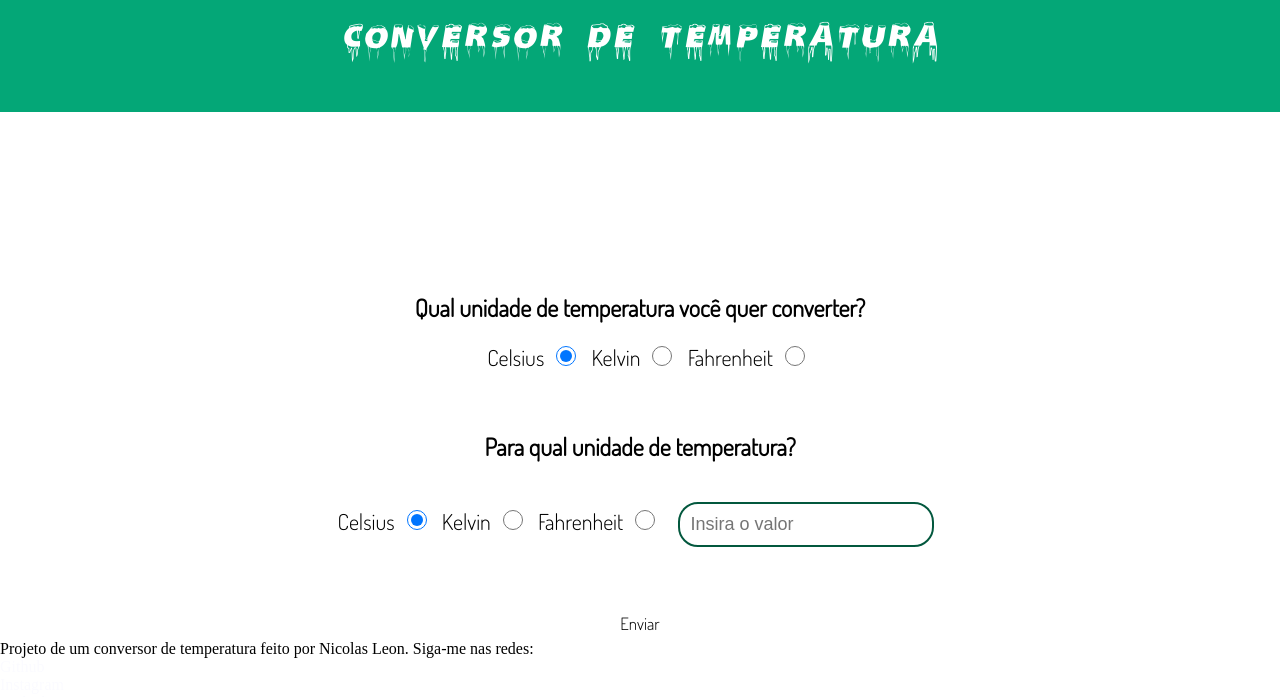
Repository: Leonngc/Conversor-de-temperatura
Page: index.html
The author's editor kept a copy of each file at every save. The page is drawn from the files as they stood at one save, then again after a run of saves.
The browser window is 1280 px wide. The pictures show the whole page.
Some icons come from a web library that is not loaded, so they are not drawn.

Above is the page before, as saved 2023-02-10 23:34:59.

After the next 2 saves:
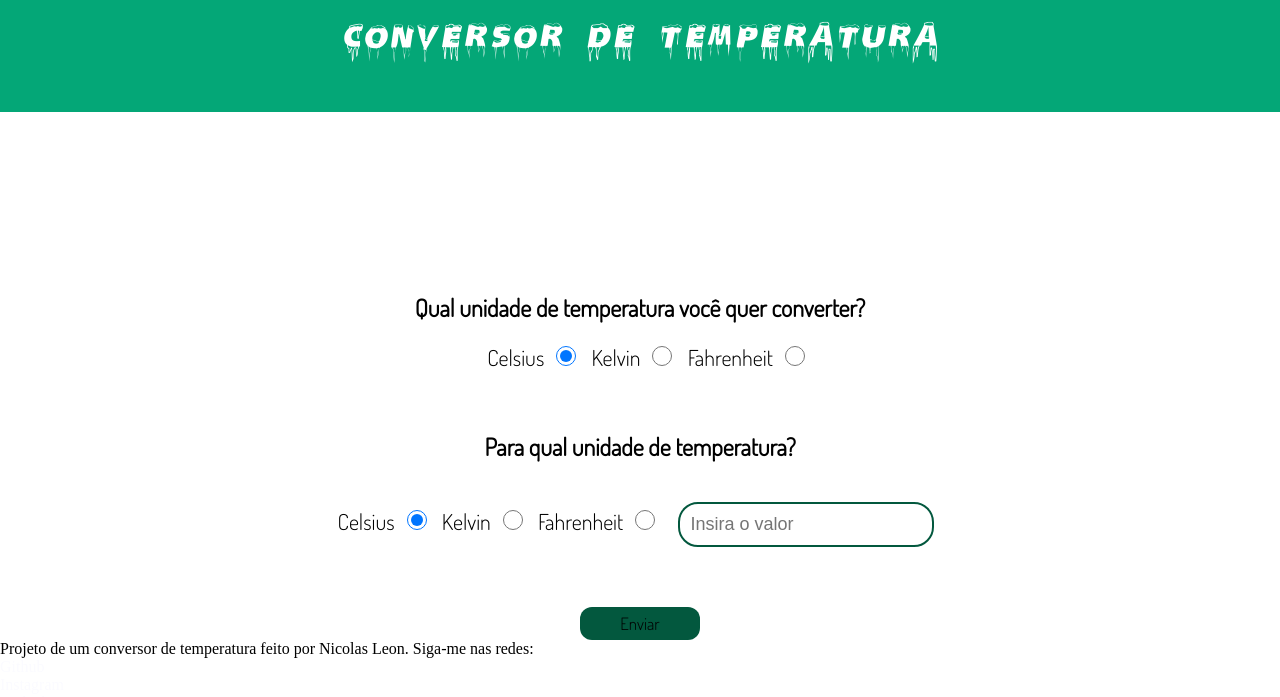
The 2 saves are shown as one change because they came seconds apart.
The last was saved 11 s later.
--- a/style.css
+++ b/style.css
@@ -109,7 +109,7 @@ label{
     font-size: 17px;
     padding: 6px;
     width: 120px;
-    background-color: white;
+    background-color: #03583e;
     border-radius: 12px;
     border: none;
 }
